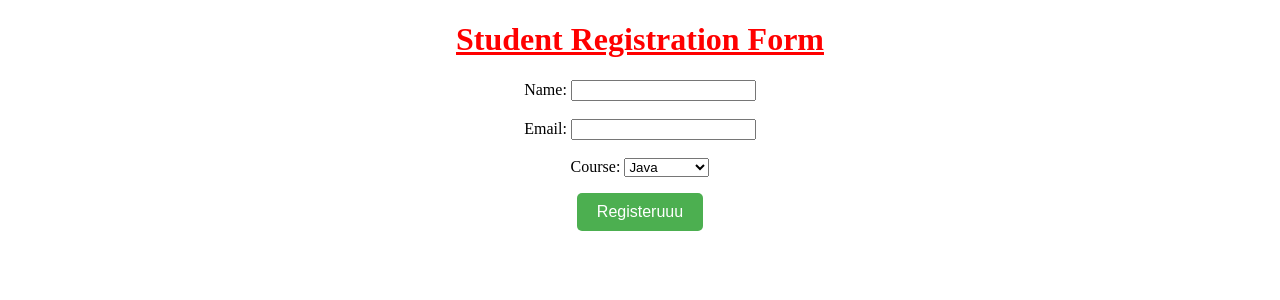
Repository: anik3395/JavaServletProjects
Page: eclipse-workspace/StudentRegistrationSystem/src/main/webapp/registration.html
An editor plug-in stored every save of this project. The page is shown before and after the next save, followed by the edit.
The browser window is 1280 px wide. The pictures show the whole page.

Above is the page before, as saved 2024-10-23 16:32:33.

After the next save:
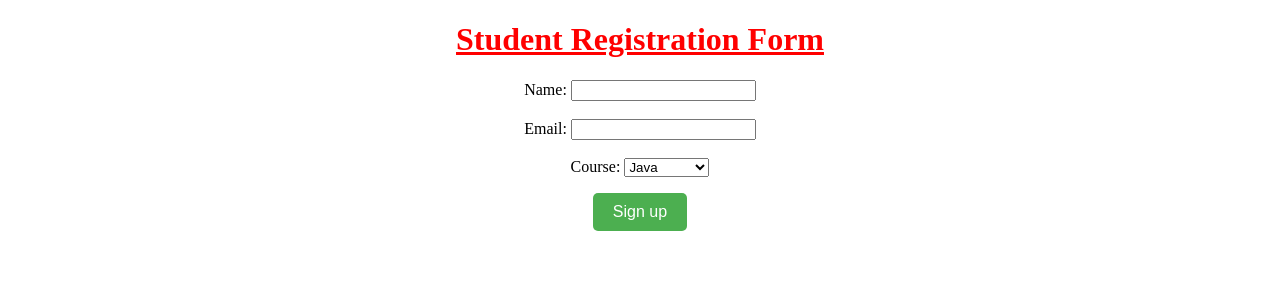
Saved 52 s later.
--- a/eclipse-workspace/StudentRegistrationSystem/src/main/webapp/registration.html
+++ b/eclipse-workspace/StudentRegistrationSystem/src/main/webapp/registration.html
@@ -26,7 +26,7 @@ Course: <select name="course">
 </select>
 <p></p>
 <!-- Submit button to register the student -->
-<input type="submit" value="Registeruuu" style="background-color: #4CAF50; color: white; padding: 10px 20px; border: none; border-radius: 5px; font-size: 16px; cursor: pointer;">
+<input type="submit" value="Sign up" style="background-color: #4CAF50; color: white; padding: 10px 20px; border: none; border-radius: 5px; font-size: 16px; cursor: pointer;">
 
 </form>
 
